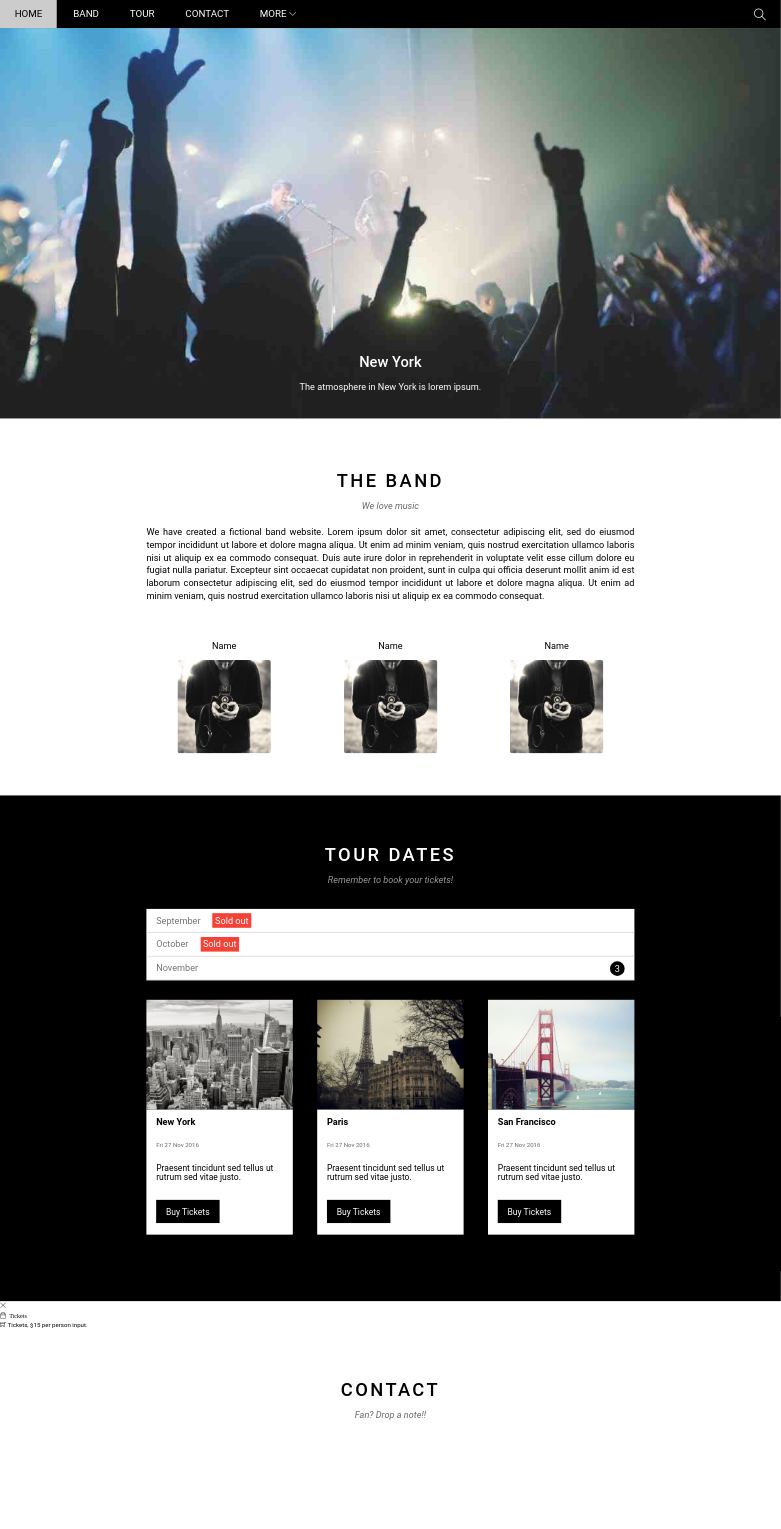
Repository: vuongld315/myLandingPage
Page: index.html
These files come from the project's save history. The page is drawn as it stood at one moment and after the next save; the edit follows.
The browser window is 1280 px wide. The pictures show the whole page, at 61% of full size.

Above is the page before, as saved 2022-07-27 11:18:02.

After the next save:
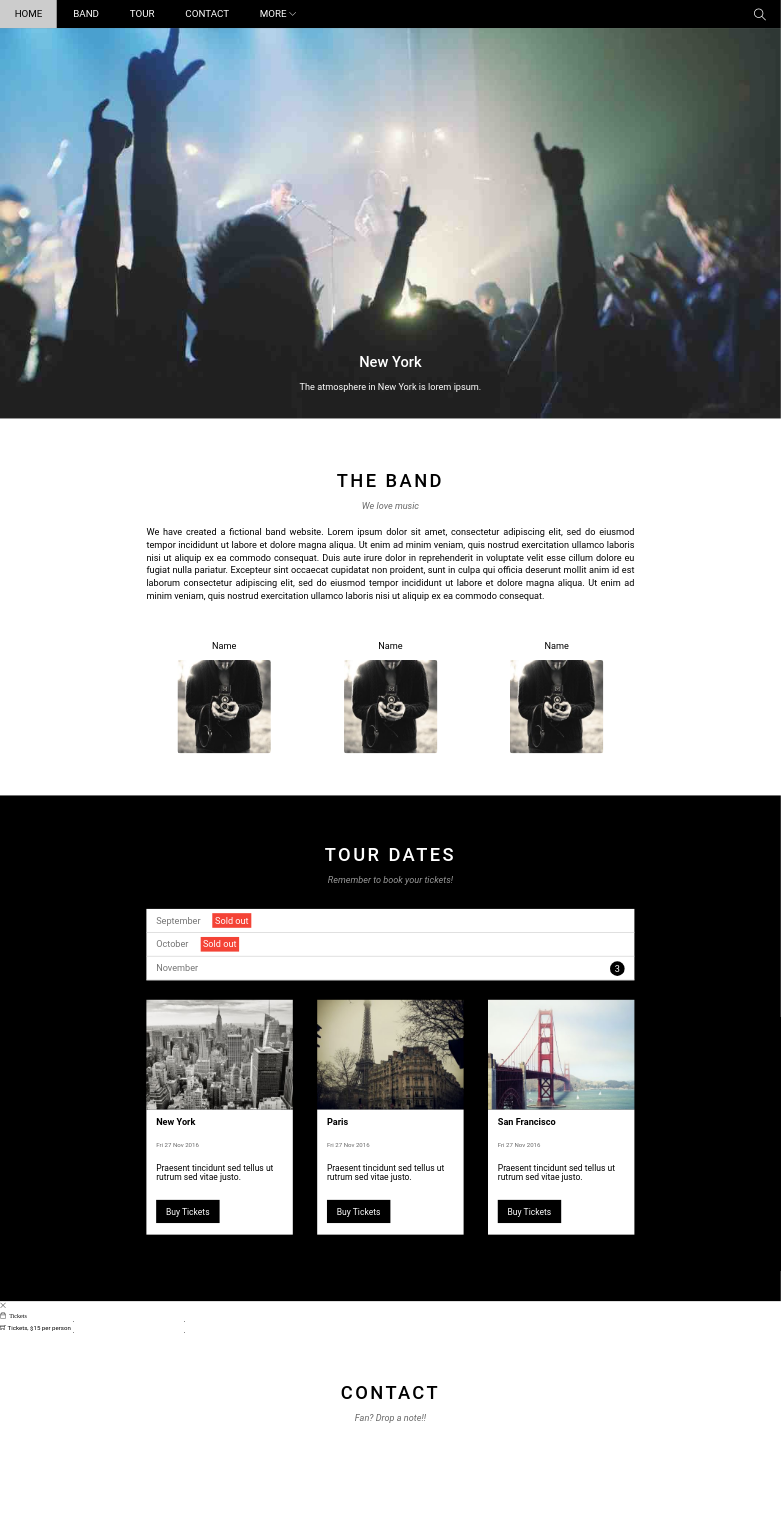
Saved 5 s later.
--- a/index.html
+++ b/index.html
@@ -143,7 +143,7 @@
                             <i class="ti-shopping-cart"></i>
                             Tickets, $15 per person
                         </label>
-                        input.
+                        <input type="text" class="modal-input">
                     </div>
                 </div>
             </div>
